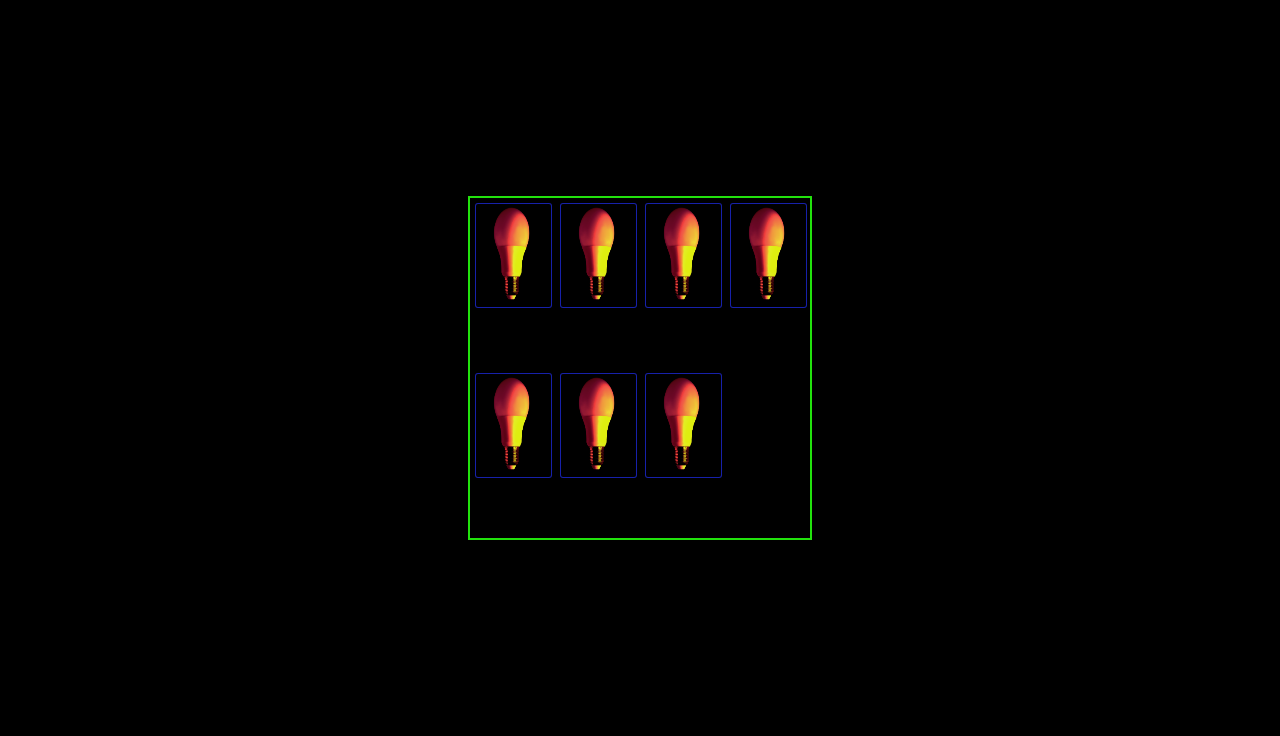
Repository: suzanaferreira/memory-game-project
Page: index.html
The author's editor kept a record of every edit. The page is drawn from the files as they stood at one moment, then again after the next edit.
The browser window is 1280 px wide. The pictures show the whole page.

Above is the page before.
Console error: SyntaxError: Unexpected end of input

### index.html
<!DOCTYPE html>
<html lang="en">

<head>
    <meta charset="UTF-8">
    <meta name="viewport" content="width=device-width, initial-scale=1.0">
    <meta http-equiv="X-UA-Compatible" content="ie=edge">
    <title>Memory Game</title>
    <link rel="stylesheet" href="style.css" />
</head>

<body>
    <section class="game">
        <div class="cards">
            <img class="revelead-pic" src="img/pic1.jpg" alt="burger" />
            <img class="cover-side" src="img/lamp.jpg" alt="lamp" />
        </div>
        <div class="cards">
            <img class="revelead-pic" src="img/pic1.jpg" alt="burger" />
            <img class="cover-side" src="img/lamp.jpg" alt="lamp" />
        </div>

        <div class="cards">
            <img class="revelead-pic" src="img/pic2.jpg" alt="rainbow" />
            <img class="cover-side" src="img/lamp.jpg" alt="lamp" />
        </div>
        <div class="cards">
            <img class="revelead-pic" src="img/pic3.jpg" alt="arrow" />
            <img class="cover-side" src="img/lamp.jpg" alt="lamp" />
        </div>
        <div class="cards">
            <img class="revelead-pic" src="img/pic4.jpg" alt="thunder" />
            <img class="cover-side" src="img/lamp.jpg" alt="lamp" />
        </div>
        <div class="cards">
            <img class="revelead-pic" src="img/pic5.jpg" alt="circle" />
            <img class="cover-side" src="img/lamp.jpg" alt="lamp" />
        </div>
        <div class="cards">
            <img class="revelead-pic" src="img/pic6.jpg" alt="hello" />
            <img class="cover-side" src="img/lamp.jpg" alt="lamp" />
        </div>
    </section>

    <script src="main.js"></script>

</body>

</html>

### style.css
. {
    padding: 0;
    margin: 0;
    box-sizing: border-box;
}

body {
    height: 100vh;
    display: flex;
    background-color: #000000;
}


.game {
    height: 340px;
    width: 340px;
    display: flex;
    margin: auto;
    flex-wrap: wrap;
    border: 2px solid #22E20D;
    perspective: 1000px;
}

.cards {
    width: calc(25% - 10px);
    height: calc(33.333% - 10px);
    margin: 5px;
    position: relative;
    transform: scale(1);
    transform-style: preserve-3d;
    transition: transform .5s;

}
.cards.flip {
    transform: rotateY(180deg);
}
.cards:active {
    transform: scale(.97);
    transition: transform .3s;
}

.revelead-pic,
.cover-side {
    background: #1721AA;
    width: 100%;
    height: 100%;
    padding: 1px;
    border-radius: 3px;
    position: absolute;
    backface-visibility: hidden;
}

.revelead-pic {
    transform: rotateY(180deg);
}

### main.js
const cards = document.querySelectorAll('.cards');
let hasRotatedCard = false;
let firstCard, secondCard;

function rotateCard() {
    this.classList.add('flip');
    //clicked for the first time
    if (!hasRotatedCard) {
        hasRotatedCard = true;
        firstCard = this;
    }
    //clicked for the second time
    else {
        hasRotatedCard = false;
        secondCard = this;

        //check if the cards match
        if (firstCard.dataset.name === secondCard.dataset.name) {
            //when the cards match
            firstCard.removeEventListener('click', rotateCard);
            secondCard.removeEventListener('click', rotateCard);

        //whe the cards dont match
       } else {
        firstCard.classList.remove('flip');
        secondCard.classList.remove('flip');
    }
}
cards.forEach(card => card.addEventListener('click', rotateCard));

After the next edit:
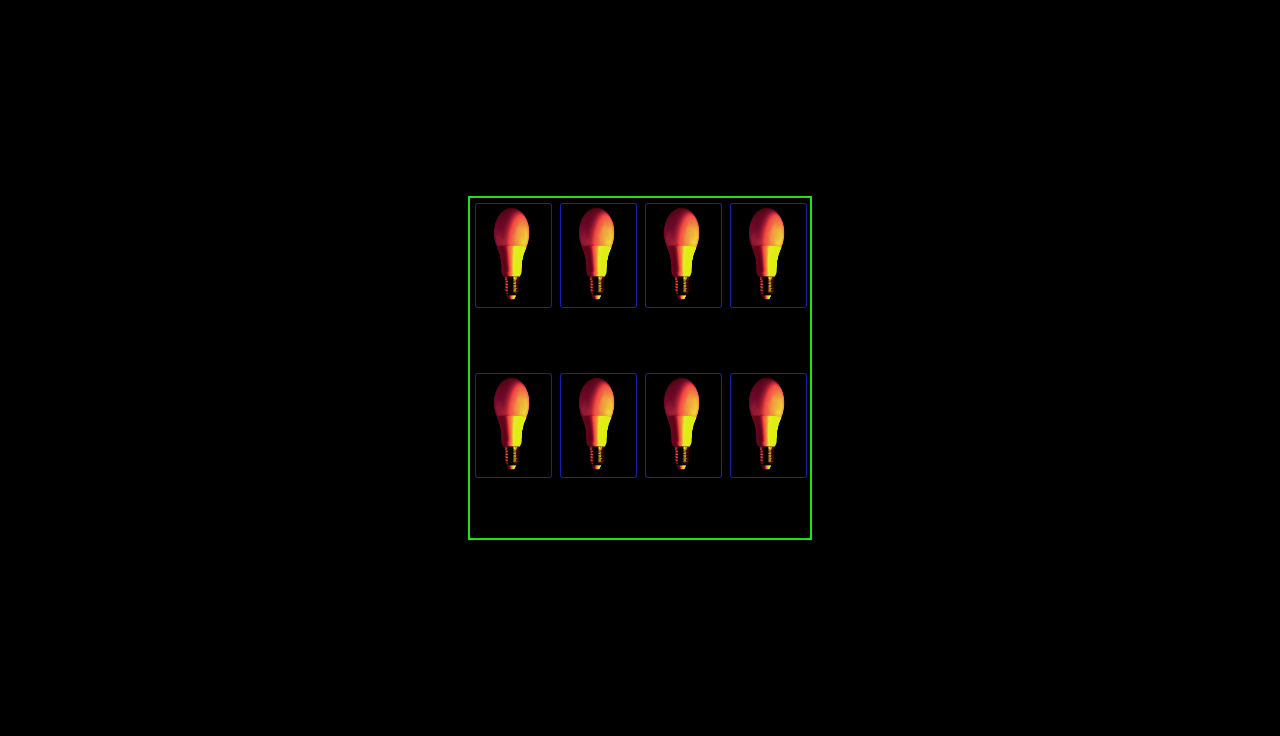
The edit:
--- a/index.html
+++ b/index.html
@@ -25,6 +25,11 @@
             <img class="cover-side" src="img/lamp.jpg" alt="lamp" />
         </div>
         <div class="cards">
+            <img class="revelead-pic" src="img/pic2.jpg" alt="rainbow" />
+            <img class="cover-side" src="img/lamp.jpg" alt="lamp" />
+        </div>
+
+        <div class="cards">
             <img class="revelead-pic" src="img/pic3.jpg" alt="arrow" />
             <img class="cover-side" src="img/lamp.jpg" alt="lamp" />
         </div>
